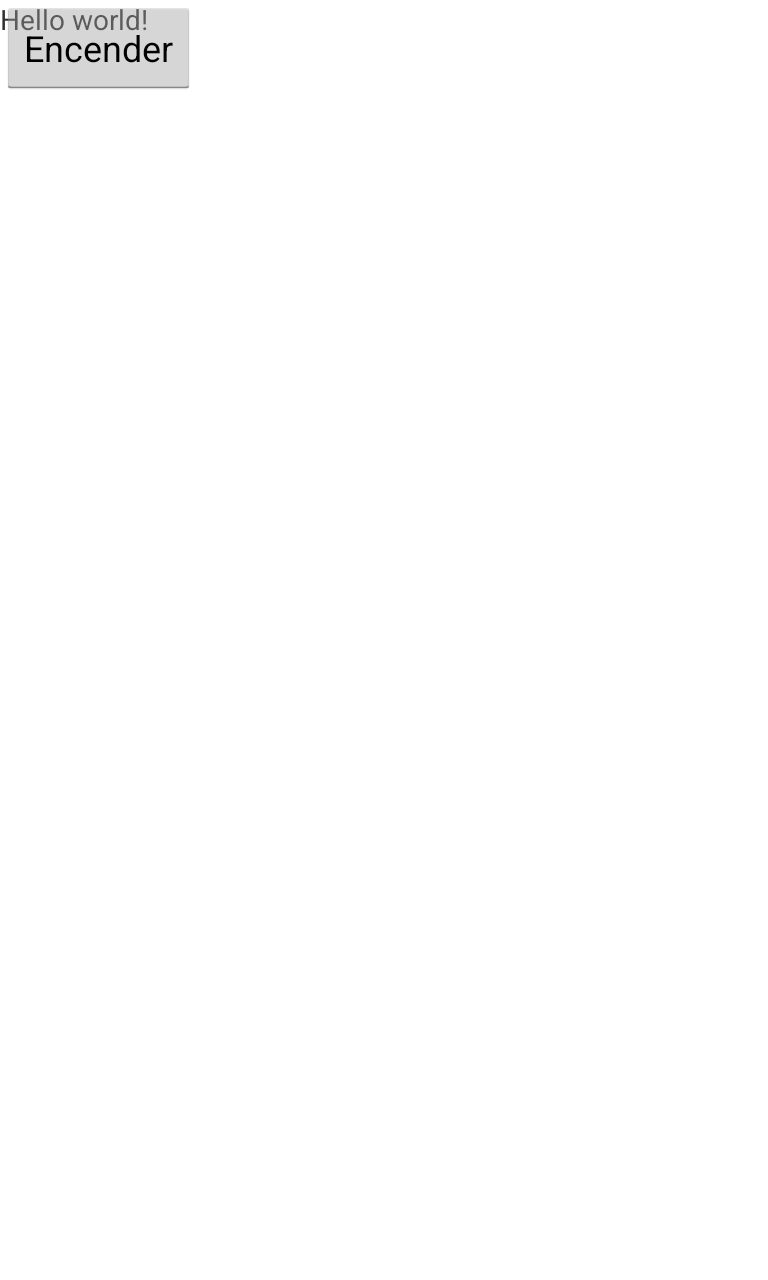
Repository: aludena18/wks_android
Layout: AndroidBTControl/res/layout/activity_living_room.xml
An editor plug-in stored every save of this project. The layout is shown before and after the next save, followed by the edit.
It is drawn on a 768 x 1280 px phone screen (xhdpi) without system bars, with theme AppTheme; the app's code is not run.

Above is the layout before, as saved 2016-01-20 05:13:21.

### AndroidBTControl/res/layout/activity_living_room.xml
<RelativeLayout xmlns:android="http://schemas.android.com/apk/res/android"
    xmlns:tools="http://schemas.android.com/tools"
    android:layout_width="match_parent"
    android:layout_height="match_parent"

    tools:context="com.alg.androidbtcontrol.LivingRoomActivity" >

    <TextView
        android:layout_width="wrap_content"
        android:layout_height="wrap_content"
        android:text="@string/hello_world" />

    <Button
        android:id="@+id/btnOn"
        android:layout_height="wrap_content"
        android:layout_width="wrap_content"
        android:text="@string/etqBtnOn"/>

</RelativeLayout>

### AndroidBTControl/res/values/strings.xml
<?xml version="1.0" encoding="utf-8"?>
<resources>

    <string name="app_name">Android BT Control</string>
    <string name="hello_world">Hello world!</string>
    <string name="action_settings">Settings</string>
    <string name="etqTxvName">Empty</string>
    <string name="etqTxvAddress">Empty</string>
    <string name="etqBtnOn">Encender</string>
    <string name="title_activity_living_room">LivingRoomActivity</string>

</resources>

Loaded but not shown: AndroidBTControl/res/values/styles.xml (common file); AndroidBTControl/res/values-v11/styles.xml (common file); AndroidBTControl/res/values-v14/styles.xml (common file)

After the next save:
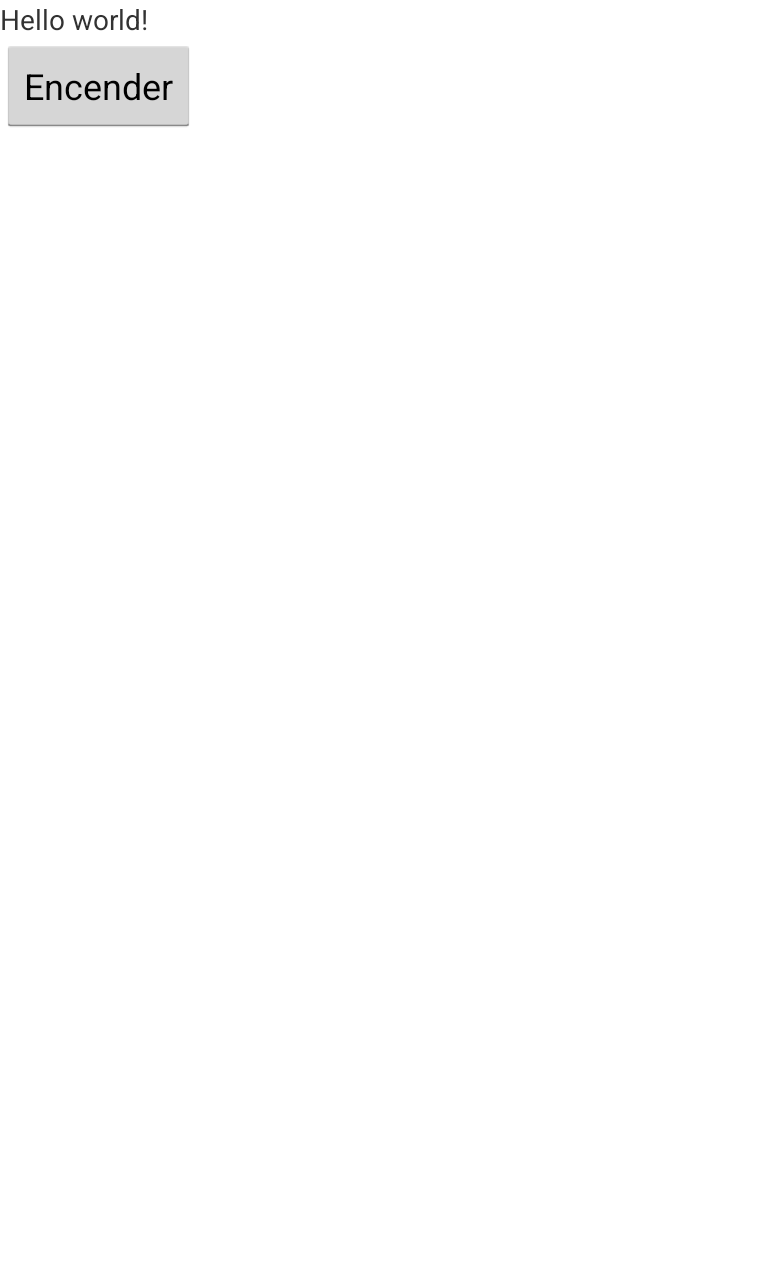
Saved 21 s later.
--- a/AndroidBTControl/res/layout/activity_living_room.xml
+++ b/AndroidBTControl/res/layout/activity_living_room.xml
@@ -1,8 +1,8 @@
-<RelativeLayout xmlns:android="http://schemas.android.com/apk/res/android"
+<LinearLayout xmlns:android="http://schemas.android.com/apk/res/android"
     xmlns:tools="http://schemas.android.com/tools"
     android:layout_width="match_parent"
     android:layout_height="match_parent"
-
+    android:orientation="vertical"
     tools:context="com.alg.androidbtcontrol.LivingRoomActivity" >
 
     <TextView
@@ -16,4 +16,4 @@
         android:layout_width="wrap_content"
         android:text="@string/etqBtnOn"/>
 
-</RelativeLayout>
+</LinearLayout>
